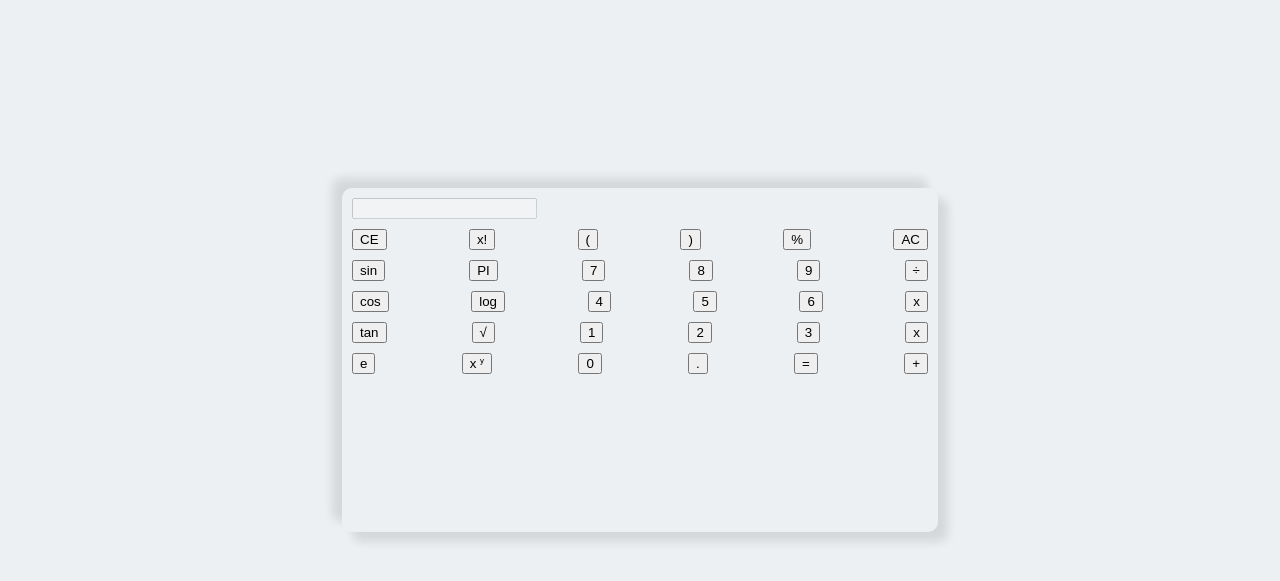
Repository: Haakim19/Scientific-Calculator
Page: intex.html
These files come from the project's save history. The page is drawn as it stood at one moment and after the next save; the edit follows.
The browser window is 1280 px wide. The pictures show the whole page.

Above is the page before, as saved 2024-10-27 11:54:05.

### intex.html
<!DOCTYPE html>
<html lang="en">
<head>
    <meta charset="UTF-8">
    <meta name="viewport" content="width=device-width, initial-scale=1.0">
    <title>Scientific Calculator</title>
    <link rel="stylesheet" href="Style.css">
</head>
<body>
    <div class="container">
        <div class="display">
            <input type="text" id="display" disabled>
        </div>
        <div class="row">
            <button class="btn">CE</button>
            <button class="btn">x!</button>
            <button class="btn">(</button>
            <button class="btn">)</button>
            <button class="btn">%</button>
            <button class="btn">AC</button>
        </div>
        <div class="row">
            <button class="btn">sin</button>
            <button class="btn">PI</button>
            <button class="btn">7</button>
            <button class="btn">8</button>
            <button class="btn">9</button>
            <button class="btn">÷</button>
        </div>
        <div class="row">
            <button class="btn">cos</button>
            <button class="btn">log</button>
            <button class="btn">4</button>
            <button class="btn">5</button>
            <button class="btn">6</button>
            <button class="btn">x</button>
        </div>
        <div class="row">
            <button class="btn">tan</button>
            <button class="btn">√</button>
            <button class="btn">1</button>
            <button class="btn">2</button>
            <button class="btn">3</button>
            <button class="btn">x</button>
        </div>
        <div class="row">
            <button class="btn">e</button>
            <button class="btn">x <sup style="font-size: 0.5rem;">y</sup></button>
            <button class="btn">0</button>
            <button class="btn">.</button>
            <button class="btn">=</button>
            <button class="btn">+</button>
        </div>
</body>

</html>

### Style.css
body{
    /* background-color: #f0f0f0; */
    font-family: Arial, sans-serif;
    margin: 0;
    padding: 0;
    justify-content: center;
    align-items: center;
    display: flex;
    min-height: 100vh;
    background: #ecf0f3;
}

.container{
    width: 45%;
    height: 45vh;
    padding: 10px;
    border-radius: 10px;
    box-shadow: 10px 10px 10px rgba(0, 0, 0, 0.1),
                -10px -10px 10px rgba(0, 0, 0, 0.1);
}
.row{
    display: flex;
    justify-content: space-between;
    margin: 10px 0;
}

After the next save:
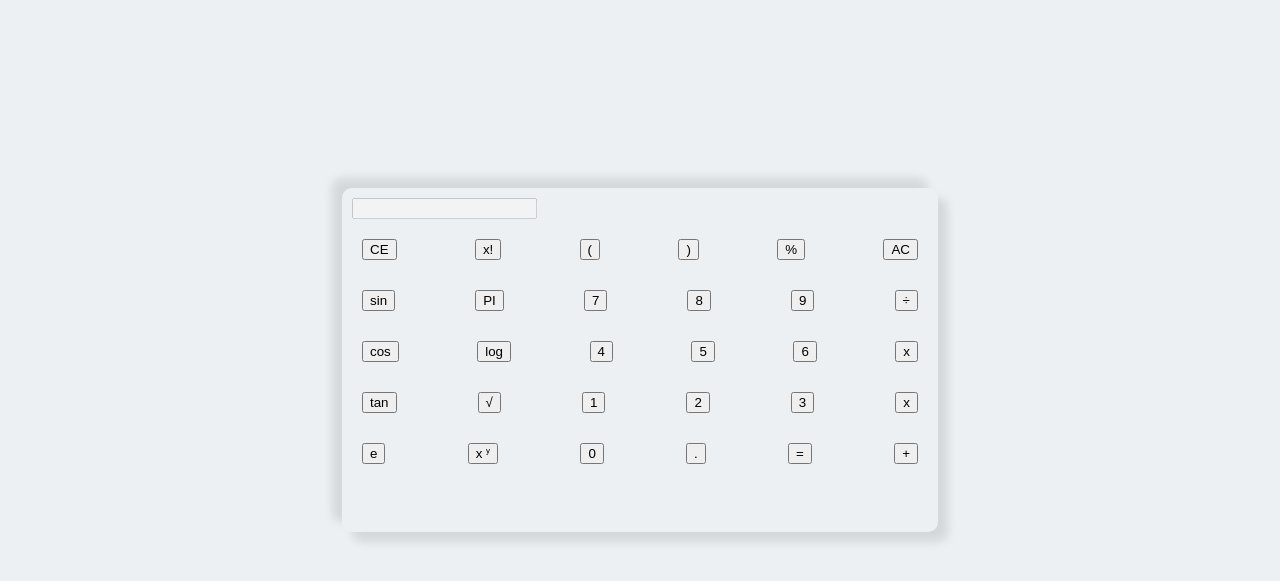
Saved 15 s later.
--- a/Style.css
+++ b/Style.css
@@ -22,4 +22,5 @@ body{
     display: flex;
     justify-content: space-between;
     margin: 10px 0;
+    padding: 10px;
 }
